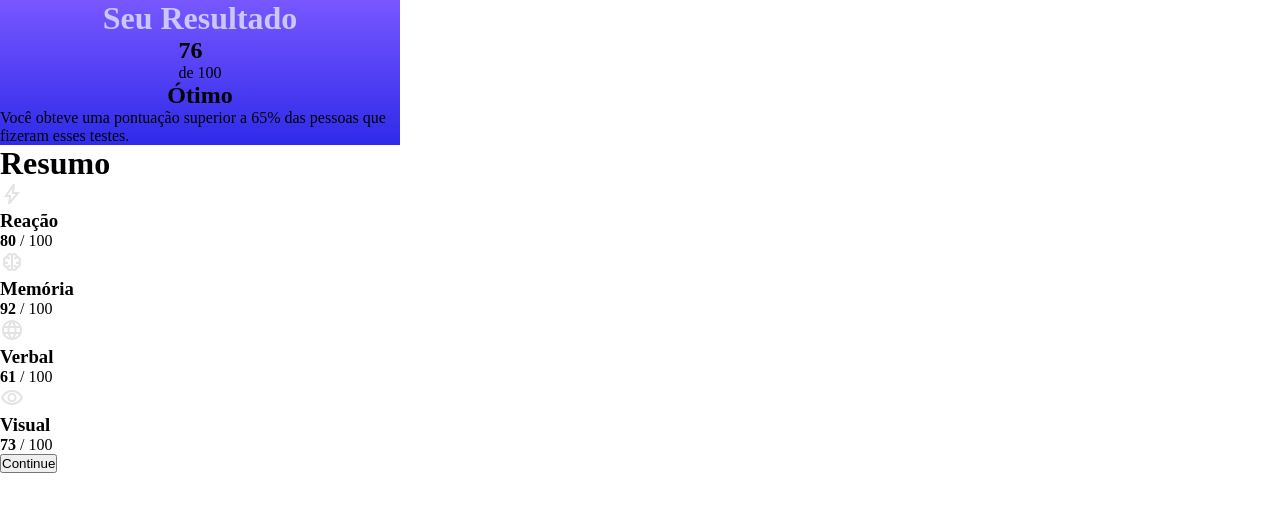
Repository: caique2512/resumo-de-resultados
Page: index.html
An editor plug-in stored every save of this project. The page is shown before and after a run of saves, followed by the edit.
The browser window is 1280 px wide. The pictures show the whole page.

Above is the page before, as saved 2026-03-05 23:07:07.

After the next 2 saves:
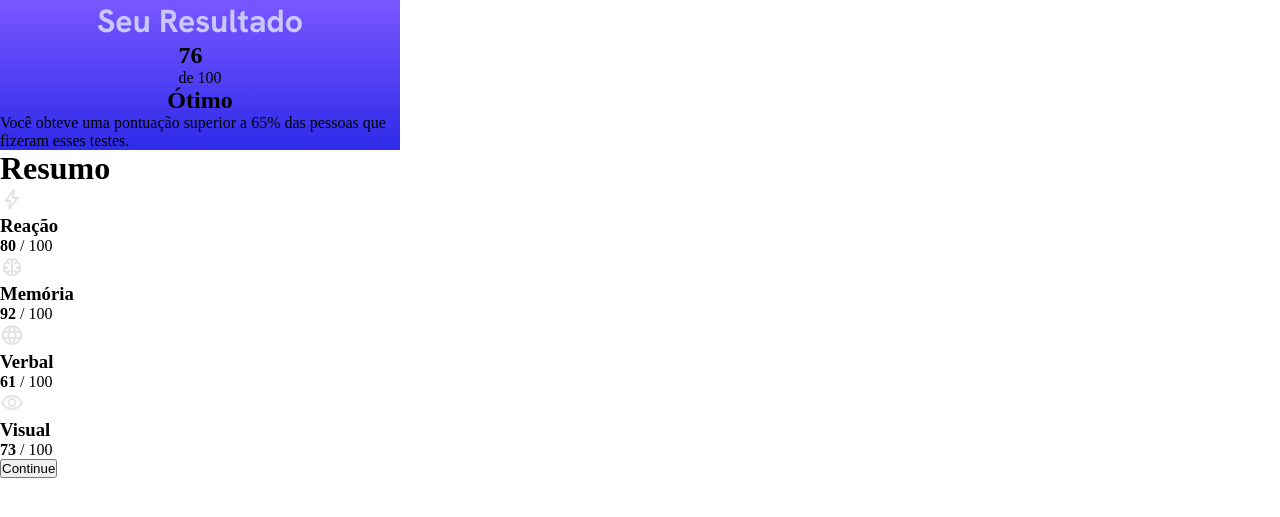
The 2 saves are shown as one change because they came seconds apart.
The last was saved 39 s later.
--- a/src/css/estilos.css
+++ b/src/css/estilos.css
@@ -11,5 +11,5 @@
 
 .titulo {
     color: hsl(241, 100%, 89%);
-    font-family: ;
+    font-family: "Hanken Grotesk";
 }
